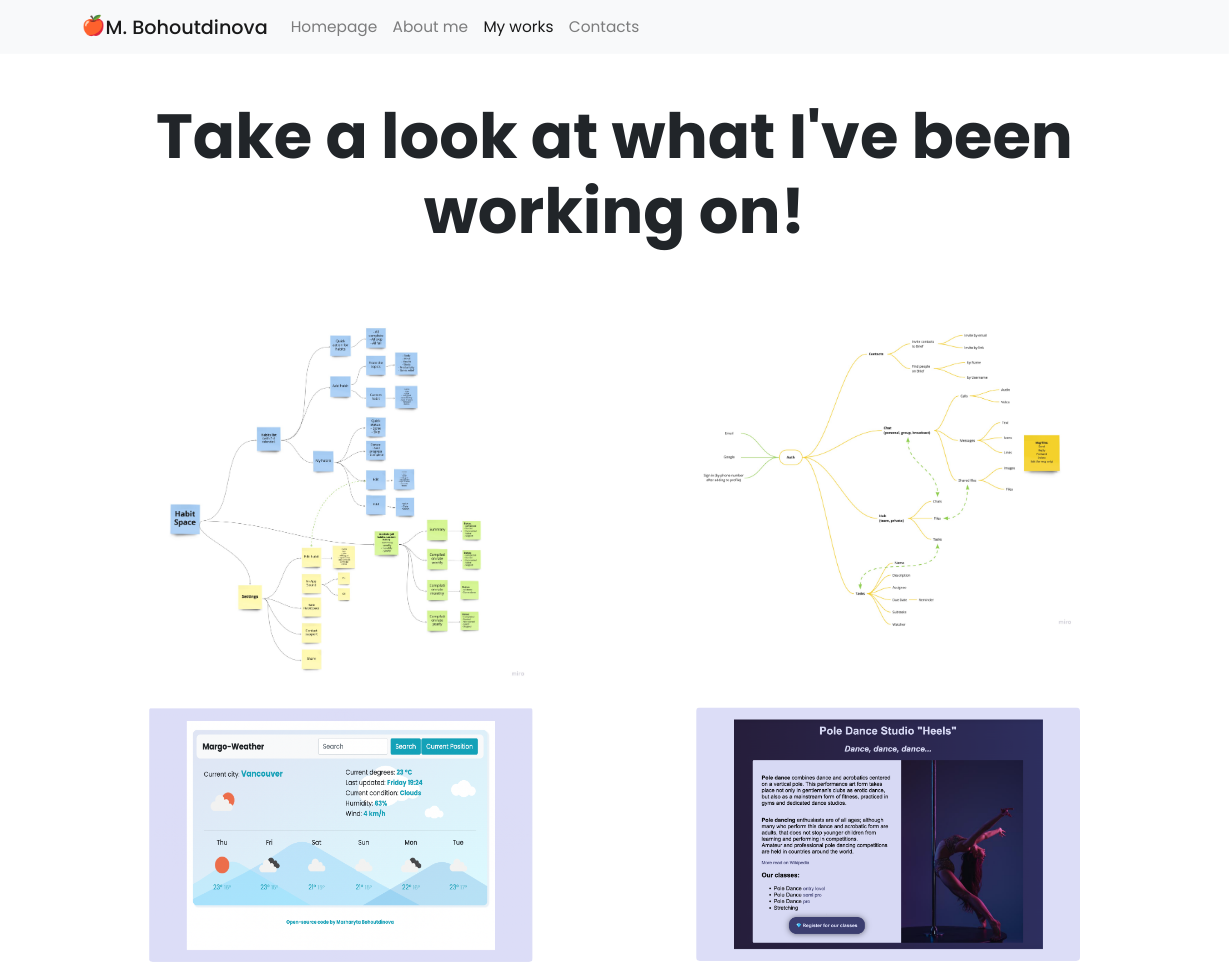
Repository: Bohoutdinova/Portfolio_week-4
Page: works.html
The author's editor kept a copy of each file at every save. The page is drawn from the files as they stood at one save, then again after the next save.
The browser window is 1280 px wide. The pictures show the whole page, at 96% of full size.

Above is the page before, as saved 2022-08-12 16:19:40.

After the next save:
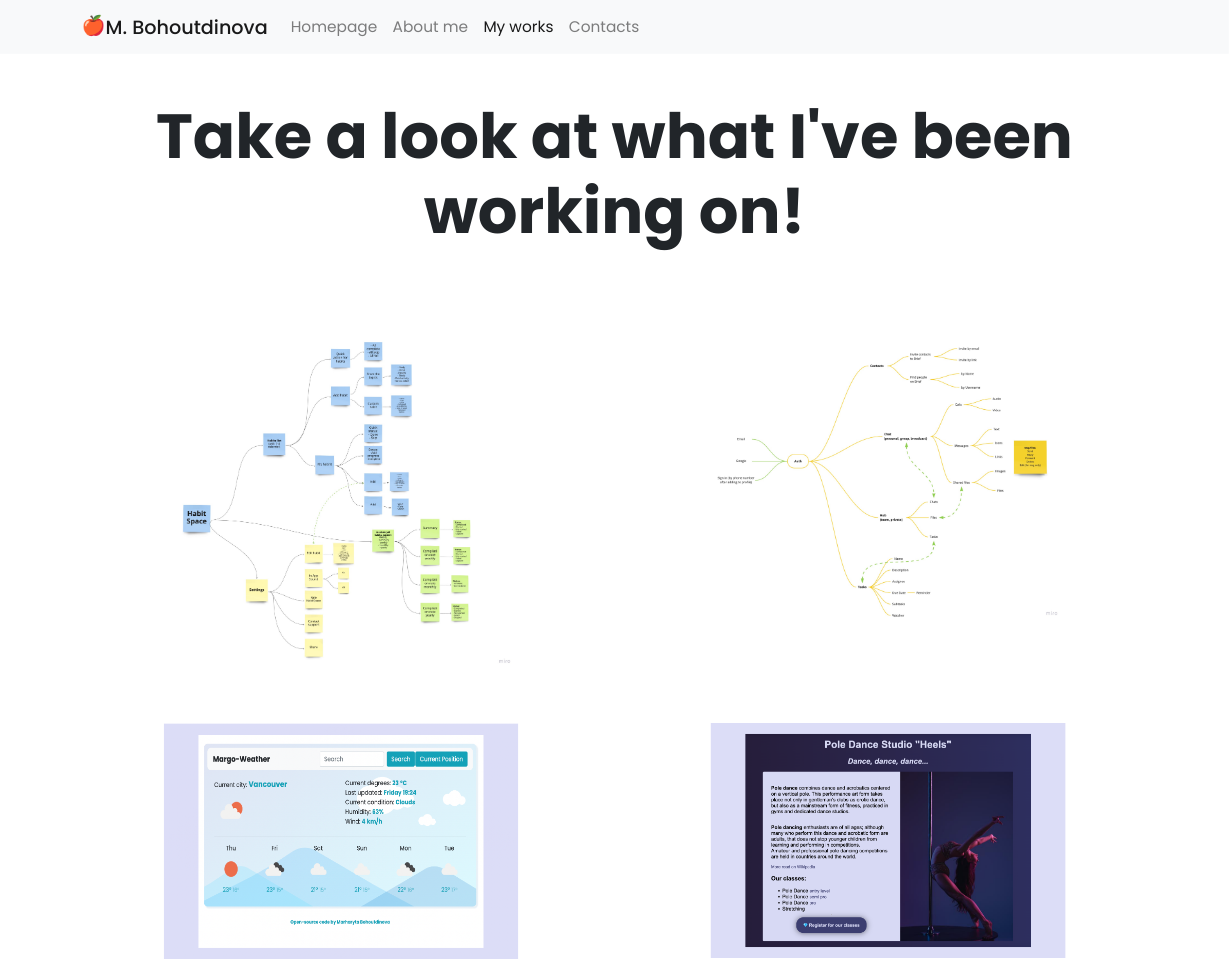
Saved 15 s later.
--- a/src/style.css
+++ b/src/style.css
@@ -111,3 +111,6 @@ img {
 .about-page {
   text-align: center;
 }
+.img-works {
+  padding: 15px;
+}
